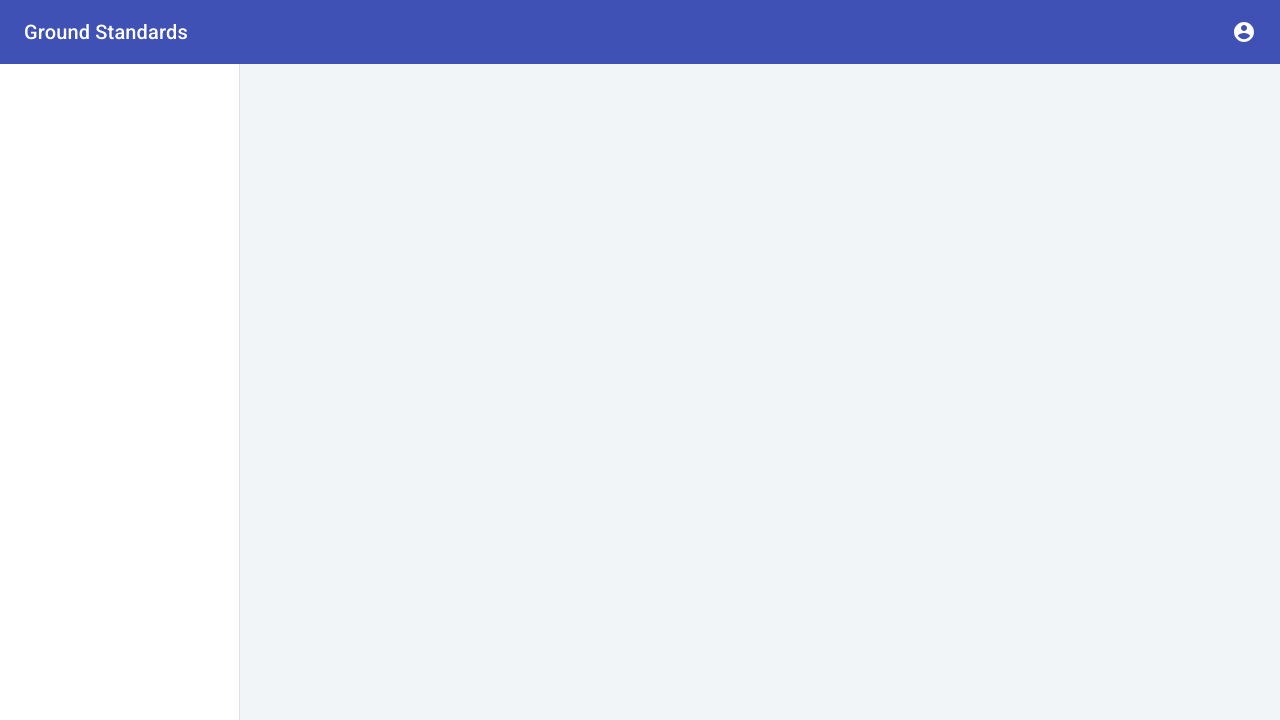
Repository: vinuvish/groundstandards_react
Page: /
The author's editor kept a copy of each file at every save. The page is drawn from the files as they stood at one save, then again after the next save.
The browser window is 1280 px wide. The pictures show the whole page.
The page's requests for data from a server got no answer. The project was rebuilt for these pictures with package versions that can differ from the ones it lists, and the page was loaded fresh each time. No one was signed in, and anything a server would have sent is missing. Also part of the build but not shown: src/pages/app/NotFoundPage.tsx, src/pages/app/SignUpPage.tsx, src/pages/app/AboutPage.tsx, src/pages/app/OurSolutionPage.tsx, src/pages/app/OurPartnerPage.tsx, src/pages/app/ResourcePage.tsx, src/pages/app/PressPage.tsx, src/pages/app/BlockPage.tsx and 1 more.

Above is the page before, as saved 2020-11-25 22:09:17.

### public/index.html
<!DOCTYPE html>
<html lang="en">
  <head>
    <meta charset="utf-8" />
    <link rel="icon" href="%PUBLIC_URL%/favicon.png" />
    <meta name="viewport" content="width=device-width, initial-scale=1" />
    <meta name="theme-color" content="#000000" />
    <meta name="description" content="Web site created using create-react-app" />
    <link rel="apple-touch-icon" href="%PUBLIC_URL%/logo192.png" />
    <link rel="stylesheet" href="https://fonts.googleapis.com/css?family=Roboto:300,400,500,700&display=swap" />
    <link rel="stylesheet" href="https://fonts.googleapis.com/icon?family=Material+Icons" />
    <!--
      manifest.json provides metadata used when your web app is installed on a
      user's mobile device or desktop. See https://developers.google.com/web/fundamentals/web-app-manifest/
    -->
    <link rel="manifest" href="%PUBLIC_URL%/manifest.json" />
    <!--
      Notice the use of %PUBLIC_URL% in the tags above.
      It will be replaced with the URL of the `public` folder during the build.
      Only files inside the `public` folder can be referenced from the HTML.

      Unlike "/favicon.ico" or "favicon.ico", "%PUBLIC_URL%/favicon.ico" will
      work correctly both with client-side routing and a non-root public URL.
      Learn how to configure a non-root public URL by running `npm run build`.
    -->
    <title>Ground Standard</title>
  </head>
  <body>
    <noscript>You need to enable JavaScript to run this app.</noscript>
    <div id="root"></div>
    <!--
      This HTML file is a template.
      If you open it directly in the browser, you will see an empty page.

      You can add webfonts, meta tags, or analytics to this file.
      The build step will place the bundled scripts into the <body> tag.

      To begin the development, run `npm start` or `yarn start`.
      To create a production bundle, use `npm run build` or `yarn build`.
    -->
  </body>
</html>

### src/App.tsx
import { CssBaseline, MuiThemeProvider, StylesProvider } from '@material-ui/core';
import { SnackbarProvider } from 'notistack';
import React from 'react';
import { theme } from './app_utils/MuiTheme';
import AppRouterRoutes from './AppRoutes';
import { useAppStore } from './models_stores/appStore';

function App() {
  const streamAuthUser = useAppStore((state) => state.streamAuthUser);
  const streamProducts = useAppStore((state) => state.streamDocuments);
  const streamCategories = useAppStore((state) => state.streamNotifications);
  const streamUsers = useAppStore((state) => state.streamUsers);

  React.useEffect(() => {
    streamAuthUser();
    streamCategories();
    streamUsers();
    streamProducts();
  }, []); // eslint-disable-line

  return (
    <SnackbarProvider maxSnack={3} anchorOrigin={{ vertical: 'bottom', horizontal: 'right' }}>
      <MuiThemeProvider theme={theme}>
        <CssBaseline />
        <StylesProvider injectFirst>
          <AppRouterRoutes></AppRouterRoutes>
        </StylesProvider>
      </MuiThemeProvider>
    </SnackbarProvider>
  );
}

export default App;

### src/app_utils/MuiTheme.tsx
import { createMuiTheme } from '@material-ui/core/styles';
import { BreakpointOverrides } from '@material-ui/core/styles/createBreakpoints';
import { Shadows } from '@material-ui/core/styles/shadows';

declare module '@material-ui/core/styles/createBreakpoints' {
  interface BreakpointOverrides {
    xs: true;
    sm: true;
    md: true;
    lg: true;
    xl: true;
    tablet: true;
    laptop: true;
    desktop: true;
  }
}

export const theme = createMuiTheme({
  breakpoints: {
    values: { xs: 0, sm: 600, md: 960, lg: 1280, xl: 1920, tablet: 400, laptop: 900, desktop: 1200 }
  },

  shadows: Array(25).fill('none') as Shadows,

  props: {
    MuiInput: { disableUnderline: true },
    MuiButton: { disableElevation: true },
    MuiButtonBase: { disableRipple: true },
    MuiPaper: { elevation: 0 },
    MuiCard: { elevation: 0 },
    MuiDivider: { color: 'white' },
    MuiOutlinedInput: {}
  },
  overrides: {
    MuiPaper: {
      root: {
        elevation: 0
      }
    },
    MuiCard: {
      root: {
        elevation: 0
      }
    },
    MuiButton: {
      root: {
        textTransform: 'capitalize'
      }
    }
  },
  palette: {
    background: {
      default: '#F2F5F7'
    }
  }
});

export const breakpoint = {
  xs: `(min-width: 0px)`,
  sm: `(min-width: 576px)`,
  md: `(min-width: 768px)`,
  lg: `(min-width: 992px)`,
  xl: `(min-width: 1200px)`
};

### src/AppRoutes.tsx
import { Container, createStyles, Grid, makeStyles, Theme } from '@material-ui/core';
import React from 'react';
import { Route, Router, Switch } from 'react-router-dom';
import ZAppBar from './components/ZAppBar';
import ZAppBarDrawer from './components/ZAppBarDrawer';
import NotFoundPage from './pages/app/NotFoundPage';
import SignUpPage from './pages/app/SignUpPage';
import history from './app_utils/History';
import AboutPage from './pages/app/AboutPage';
import OurSolutionPage from './pages/app/OurSolutionPage';
import OurPartnerPage from './pages/app/OurPartnerPage';
import ResourcePage from './pages/app/ResourcePage';
import PressPage from './pages/app/PressPage';
import BlockPage from './pages/app/BlockPage';
import ContactPage from './pages/app/ContactPage';
import AppHomePage from './pages/app/AppHomePage';

const AppRouterRoutes = () => {
  const classes = useStyles();

  return (
    <Router history={history}>
      <>
        <ZAppBar />
        <Grid className={classes.grid}>
          <ZAppBarDrawer />
          <Grid className={classes.containerAuthenticated}>
            <Switch>{[AppRoutes]}</Switch>
          </Grid>
        </Grid>

      </>
    </Router>


  );
};


const AppRoutes = [
  <Route exact path='/' component={AppHomePage} />,
  <Route exact path='/aboutUs' component={AboutPage} />,
  <Route exact path='/signUp' component={SignUpPage} />,
  <Route exact path='/ourSolution' component={OurSolutionPage} />,
  <Route exact path='/ourPartner' component={OurPartnerPage} />,
  <Route exact path='/resource' component={ResourcePage} />,
  <Route exact path='/press' component={PressPage} />,
  <Route exact path='/blog' component={BlockPage} />,
  <Route exact path='/contact' component={ContactPage} />,
  <Route component={NotFoundPage} />
];

const useStyles = makeStyles((theme: Theme) =>
  createStyles({
    grid: {
      display: 'flex'
    },
    containerAuthenticated: {
      margin: 'auto',
      marginTop: 68,
      padding: 20,
      width: `calc(100% - 240px)`,
      [theme.breakpoints.down('md')]: {
        width: '100%'
      }
    },
    containerUnauthenticated: {}
  })
);

export default AppRouterRoutes;

### src/models_stores/appStore.ts
import { mountStoreDevtool } from 'simple-zustand-devtools';
import create from 'zustand';
import { fireAuth, fireFirestore } from '../firebase/firebase';
import { AuthUser } from '../models/AuthUserModel';
import { DocumentModel } from '../models/DocumentModel';
import { NotificationModel } from '../models/NotificationModel';

type State = {
  documents: DocumentModel[];
  streamDocuments: () => void;

  notifications: NotificationModel[];
  streamNotifications: () => void;

  users: AuthUser[];
  streamUsers: () => void;

  isInitializing?: boolean;
  authUser: AuthUser | null;
  streamAuthUser: () => void;
};

export const useAppStore = create<State>((set, get) => ({
  /* ------------------------------ NOTE AUTHUSER ----------------------------- */
  isInitializing: true,
  authUser: null,

  streamAuthUser: () => {
    fireAuth.onAuthStateChanged(async (user) => {
      if (user) {
        const query = await fireFirestore.collection('users').doc(user.uid).get();

        const authUser = AuthUser.fromFirestore(query);

        set((state) => {
          return { ...state, authUser: authUser, isInitializing: false };
        });
      } else {
        set((state) => {
          return { ...state, authUser: null, isInitializing: false };
        });
      }
    });
  },

  /* ------------------------------ NOTE Users ----------------------------- */
  users: [],

  streamUsers: () => {
    if (get().users.length === 0)
      fireFirestore.collection('users').onSnapshot((querySnapshot: firebase.firestore.QuerySnapshot<firebase.firestore.DocumentData>) => {
        let users: AuthUser[] = [];
        querySnapshot.docs.forEach((docSnapshot) => {
          const res = AuthUser.fromFirestore(docSnapshot);
          if (res) users.push(res);
        });

        set((state) => {
          return { ...state, users: users };
        });
      });
  },
  /* ------------------------------ NOTE PRODUCTS ----------------------------- */
  documents: [],

  streamDocuments: () => {
    if (get().documents.length === 0)
      fireFirestore
        .collection('documents')
        .limit(200)
        .onSnapshot((querySnapshot: firebase.firestore.QuerySnapshot<firebase.firestore.DocumentData>) => {
          let documents: DocumentModel[] = [];

          querySnapshot.docs.forEach((docSnapshot) => {
            const res = DocumentModel.fromFirestore(docSnapshot);
            if (res) documents.push(res);
          });

          set((state) => {
            return { ...state, documents: documents };
          });
        });
  },

  notifications: [],
  streamNotifications: () => {
    if (get().notifications.length === 0)
      fireFirestore.collection('notifications').onSnapshot((querySnapshot: firebase.firestore.QuerySnapshot<firebase.firestore.DocumentData>) => {
        let notifications: NotificationModel[] = [];

        querySnapshot.docs.forEach((docSnapshot) => {
          const res = NotificationModel.fromFirestore(docSnapshot);
          if (res) notifications.push(res);
        });

        set((state) => {
          return { ...state, notifications: notifications };
        });
      });
  }
}));

if (process.env.NODE_ENV === 'development') {
  mountStoreDevtool('Store', useAppStore);
}

### src/components/ZAppBarDrawer.tsx
import Drawer from '@material-ui/core/Drawer';
import ListItem from '@material-ui/core/ListItem';
import ListItemIcon from '@material-ui/core/ListItemIcon';
import React from 'react';
import Toolbar from '@material-ui/core/Toolbar';
import { BsCreditCard, BsExclude, BsInbox } from 'react-icons/bs';
import { FiUsers } from 'react-icons/fi';
import { IconType } from 'react-icons/lib';
import { IoIosNotificationsOutline } from 'react-icons/io';
import { Link, RouteComponentProps, withRouter } from 'react-router-dom';
import { ListSubheader, Typography } from '@material-ui/core';
import { VscOpenPreview } from 'react-icons/vsc';
import { createStyles, makeStyles, Theme } from '@material-ui/core/styles';
import { useAppStore } from '../models_stores/appStore';
const drawerWidth = 240;

interface Props {
  name?: string;
  house?: string;
}

interface PropsItems {
  to: string;
  selected: boolean;
  icon: IconType;
  title: string;
}

const ZAppBarDrawer: React.FC<RouteComponentProps & Props> = ({ history: h }) => {
  const classes = useStyles();
  const authUser = useAppStore((state) => state.authUser);
  console.log(h.location.pathname);

  const ZLinkItem = (props: PropsItems) => {
    const Icon = props.icon;
    return (
      <ListItem className={classes.listItem} button component={Link} to={props.to} selected={props.selected}>
        <ListItemIcon>
          <Icon className={classes.icons} />
        </ListItemIcon>
        <Typography className={classes.tabText}>{props.title}</Typography>
      </ListItem>
    );
  };

  return (
    <div>
      <Drawer elevation={0} className={classes.drawer} variant='permanent' classes={{ paper: classes.drawerPaper }}>
        <Toolbar />

        <div className={classes.drawerContainer}>
          {authUser && authUser?.isAdmin && (
            <>
              <ListSubheader className={classes.listSubheader}>Review</ListSubheader>

              <ZLinkItem to={'/documents'} selected={h.location.pathname === '/documents' || h.location.pathname === '/'} icon={BsInbox} title={'Documents'} />

              <ListSubheader className={classes.listSubheader}>Management</ListSubheader>
              <ZLinkItem to={'/users'} selected={h.location.pathname === '/users'} icon={FiUsers} title={'Users'} />
              <ZLinkItem to={'/notifications'} selected={h.location.pathname === '/notifications'} icon={IoIosNotificationsOutline} title={'Notifications'} />
              <ZLinkItem to={'/feedback'} selected={h.location.pathname === '/feedback'} icon={VscOpenPreview} title={'Feedback'} />
            </>
          )}
        </div>
      </Drawer>
    </div>
  );
};

const useStyles = makeStyles((theme: Theme) =>
  createStyles({
    drawer: {
      width: drawerWidth,

      flexShrink: 0,
      [theme.breakpoints.down('md')]: {
        display: 'none'
      }
    },
    drawerTemp: {
      flexShrink: 0,
      display: 'none',
      [theme.breakpoints.down('md')]: {
        display: 'flex'
      }
    },
    drawerTempListWidth: {
      width: drawerWidth
    },
    drawerPaper: {
      width: drawerWidth
    },
    drawerContainer: {
      overflow: 'auto'
    },
    content: {
      flexGrow: 1,
      padding: theme.spacing(3)
    },
    listItem: {
      margin: '4px 0px'
    },
    listSubheader: {
      margin: '4px 0px'
    },
    icons: {
      fontSize: 18,
      color: '#546e7a'
    },
    tabText: {
      marginLeft: -18,
      fontFamily: 'Roboto, Helvetica, Arial, sans-serif',
      fontWeight: 500,
      lineHeight: 1.5,
      letterSpacing: '0.00938em',
      color: '#546e7a',
      fontSize: '0.925rem'
    }
  })
);

export default withRouter(ZAppBarDrawer);

### src/app_utils/History.tsx
import { createBrowserHistory } from 'history';
export default createBrowserHistory({});

### src/pages/app/AppHomePage.tsx
import React from 'react'

function AppHomePage() {
    return (
        <div>

        </div>
    )
}

export default AppHomePage

### src/firebase/firebase.tsx
import firebase from 'firebase/app';
import 'firebase/firestore';
import 'firebase/auth';
import 'firebase/storage';

const firebaseConfig = {
  apiKey: 'AIzaSyBWf1JYtcld5rEhou2YyANxAtl20AylP80',
  authDomain: 'groundstandards-8a1dd.firebaseapp.com',
  databaseURL: 'https://groundstandards-8a1dd.firebaseio.com',
  projectId: 'groundstandards-8a1dd',
  storageBucket: 'groundstandards-8a1dd.appspot.com',
  messagingSenderId: '137110708999',
  appId: '1:137110708999:web:ab0b42be7878425a805ba2',
  measurementId: 'G-V8H0LZB9DH'
};

if (!firebase.apps.length) firebase.initializeApp(firebaseConfig);

const firestore = firebase.firestore();
const auth = firebase.auth();

export { firebase as fireFirebase, firestore as fireFirestore, auth as fireAuth };

### src/models/AuthUserModel.ts
export class AuthUser implements IAuthUser {
  email: string;
  firstName: string;
  id: string;
  lastName: string;
  isActive: boolean;
  isAdmin: boolean;
  timestampAdded: Date;
  timestampLastLogin: Date;

  constructor(x: IAuthUser) {
    this.email = x.email;
    this.firstName = x.firstName;
    this.id = x.id;
    this.lastName = x.lastName;
    this.isActive = x.isActive;
    this.isAdmin = x.isAdmin;
    this.timestampAdded = x.timestampAdded;
    this.timestampLastLogin = x.timestampLastLogin;
  }

  static fromFirestore(doc: firebase.firestore.DocumentSnapshot<firebase.firestore.DocumentData>): AuthUser | null {
    const data = doc.data();
    if (!data) return null;

    return new AuthUser({
      email: data['email'] ?? '',
      firstName: data['firstName'] ?? '',
      id: doc.id,
      lastName: data['lastName'] ?? '',
      isActive: data['isActive'] ?? true,
      isAdmin: data['isAdmin'] ?? false,
      timestampAdded: data['timestampAdded']?.toDate() ?? new Date(),
      timestampLastLogin: data['timestampLastLogin']?.toDate() ?? new Date()
    });
  }

  getFullName(): string {
    return `${this.firstName} ${this.lastName}`;
  }
}

interface IAuthUser {
  email: string;
  firstName: string;
  id: string;
  lastName: string;
  isActive: boolean;
  isAdmin: boolean;
  timestampAdded: Date;
  timestampLastLogin: Date;
}
export interface IAuthUserRegister {
  email: string;
  firstName: string;
  lastName: string;
  password: string;
  isAdmin: boolean;
}

export interface IAuthUserUpdate {
  id: string;
  firstName: string;
  lastName: string;
  isActive: boolean;
  isAdmin: boolean;
}

### src/models/NotificationModel.ts
export class NotificationModel implements IEventModel {
  body: string;
  title: string;
  linkUrl: string;
  id: string;
  timestampAdded: Date;

  constructor(x: IEventModel) {
    {
      this.id = x.id;
      this.linkUrl = x.linkUrl;
      this.body = x.body;
      this.timestampAdded = x.timestampAdded;
      this.title = x.title;
    }
  }

  static fromFirestore(doc: firebase.firestore.DocumentSnapshot<firebase.firestore.DocumentData>): NotificationModel | null {
    const data = doc.data();
    if (!data) return null;
    return new NotificationModel({
      body: data['body'] ?? '',
      id: doc.id,
      linkUrl: data['linkUrl'] ?? '',
      timestampAdded: data['timestampAdded']?.toDate() ?? Date.now(),
      title: data['title'] ?? ''
    });
  }
}

interface IEventModel {
  body: string;
  title: string;
  linkUrl: string;
  id: string;
  timestampAdded: Date;
}

### src/components/ZAppBarDrawerTemp.tsx
import Divider from '@material-ui/core/Divider';
import Drawer from '@material-ui/core/Drawer';
import List from '@material-ui/core/List';
import ListItem from '@material-ui/core/ListItem';
import ListItemIcon from '@material-ui/core/ListItemIcon';
import ListItemText from '@material-ui/core/ListItemText';
import { createStyles, makeStyles, Theme } from '@material-ui/core/styles';
import SummaryIcon from '@material-ui/icons/BarChart';
import MailIcon from '@material-ui/icons/Mail';
import InboxIcon from '@material-ui/icons/MoveToInbox';
import React from 'react';
import { Link, useHistory } from 'react-router-dom';

const drawerWidth = 240;

interface PropsTemp {
  open: boolean;
  setOpen: (val: boolean) => void;
}

const ZAppBarDrawerTemp: React.FC<PropsTemp> = ({ open, setOpen }) => {
  const classes = useStyles();
  const history = useHistory();



  const toggleDrawer = (open: boolean) => (event: React.KeyboardEvent | React.MouseEvent) => {
    if (event.type === 'keydown' && ((event as React.KeyboardEvent).key === 'Tab' || (event as React.KeyboardEvent).key === 'Shift')) {
      return;
    }
    setOpen(open);
  };

  return (
    <React.Fragment key={'tempDrawer'}>
      <Drawer className={classes.drawerTemp} anchor='left' open={open} onClose={toggleDrawer(false)}>
        <List className={classes.drawerTempListWidth}>
          <ListItem button component={Link} to='/' >
            <img src="http://groundstandards.com/wp-content/uploads/GS-logo-150.png" />
          </ListItem>
        </List>
        <Divider />
        <List>
          <ListItem button component={Link} to='/'>
            <ListItemText className={classes.tabText} primary='home' />
          </ListItem>
          <Divider />
          <ListItem button component={Link} to='/aboutUs'>
            <ListItemText className={classes.tabText} primary='about us' />
          </ListItem>
          <Divider />
          <ListItem button component={Link} to='/signUp'>
            <ListItemText className={classes.tabText} primary='sign up!' />
          </ListItem>
          <Divider />
          <ListItem button component={Link} to='/ourSolution'>
            <ListItemText className={classes.tabText} primary='our solution' />
          </ListItem>
          <Divider />
          <ListItem button component={Link} to='/ourPartner'>
            <ListItemText className={classes.tabText} primary='our partners' />
          </ListItem>
          <Divider />
          <ListItem button component={Link} to='/resource'>
            <ListItemText className={classes.tabText} primary='resources' />
          </ListItem>
          <Divider />
          <ListItem button component={Link} to='/press'>
            <ListItemText className={classes.tabText} primary='press' />
          </ListItem>
          <Divider />
          <ListItem button component={Link} to='/blog'>
            <ListItemText className={classes.tabText} primary='blog' />
          </ListItem>
          <Divider />
          <ListItem button component={Link} to='/contact'>
            <ListItemText className={classes.tabText} primary='contact' />
          </ListItem>
          <Divider />
        </List>
      </Drawer>
    </React.Fragment>
  );
};

const useStyles = makeStyles((theme: Theme) =>
  createStyles({
    drawer: {
      width: drawerWidth,
      flexShrink: 0,
      [theme.breakpoints.down('md')]: {
        display: 'none'
      }
    },
    drawerTemp: {
      flexShrink: 0,
      display: 'none',
      [theme.breakpoints.down('md')]: {
        display: 'flex'
      }
    },
    drawerTempListWidth: {
      width: drawerWidth
    },
    drawerPaper: {
      width: drawerWidth
    },
    drawerContainer: {
      overflow: 'auto'
    },
    content: {
      flexGrow: 1,
      padding: theme.spacing(3)
    },
    icons: {
      fontSize: 22
    },
    tabText: {
      marginLeft: 10,
      fontFamily: 'Roboto, Helvetica, Arial, sans-serif',
      fontWeight: 400,
      lineHeight: 1.5,
      letterSpacing: '0.00938em',
      textTransform: `capitalize`,
    }
  })
);

export default ZAppBarDrawerTemp;

Loaded but not shown: src/index.tsx (common file); src/styles/index.css (common file); src/components/ZAppBar.tsx (182 lines, source omitted); src/models/DocumentModel.ts (144 lines, source omitted)

After the next save:
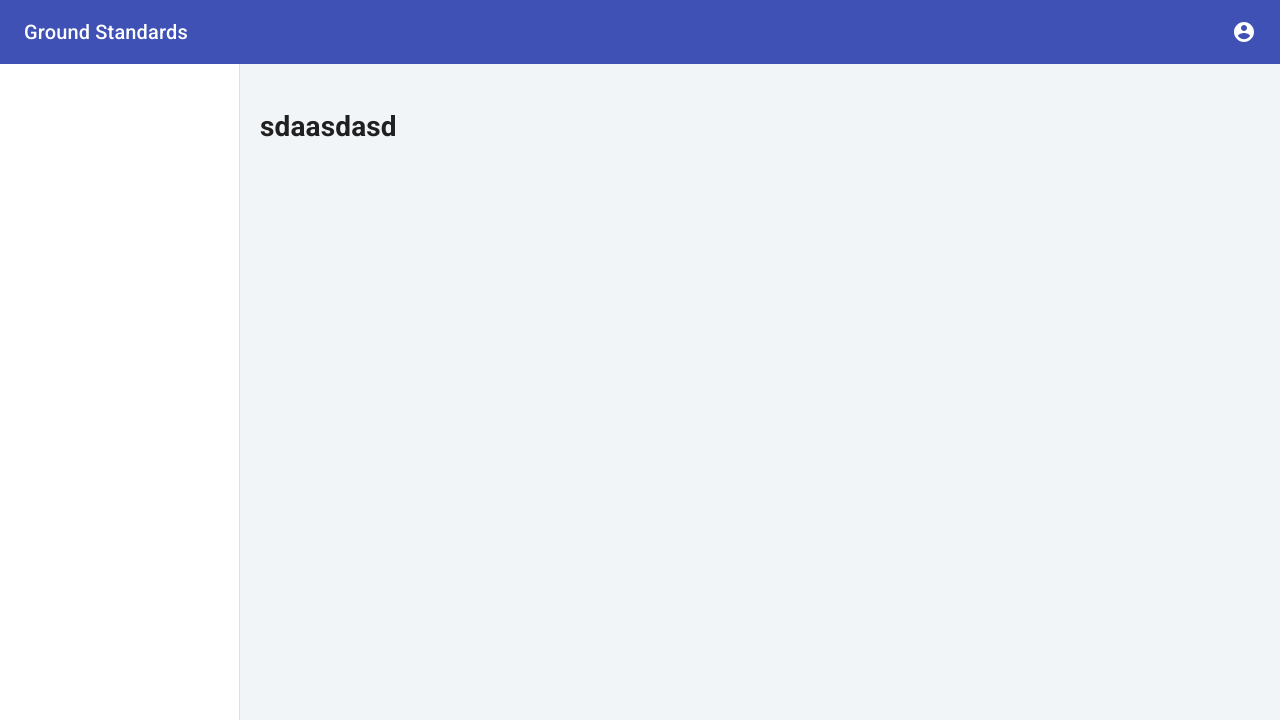
Saved 8 s later.
--- a/src/pages/app/AppHomePage.tsx
+++ b/src/pages/app/AppHomePage.tsx
@@ -3,7 +3,7 @@ import React from 'react'
 function AppHomePage() {
     return (
         <div>
-
+            <h1>sdaasdasd</h1>
         </div>
     )
 }
